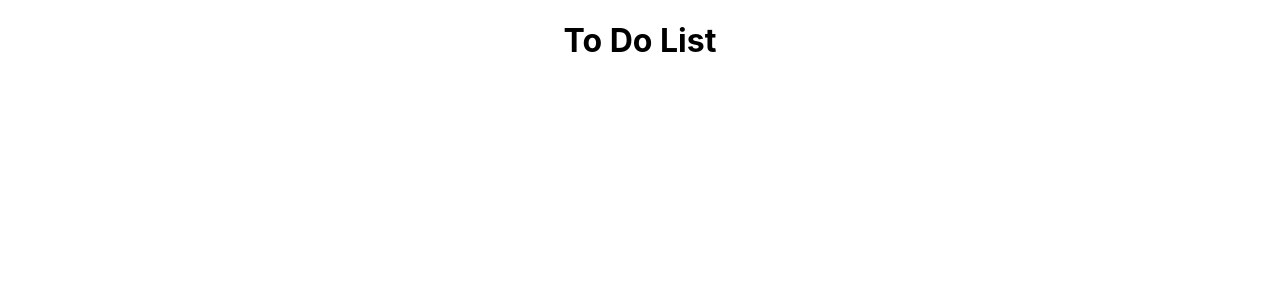
Repository: runner855/Todolist
Page: /
The author's editor kept a copy of each file at every save. The page is drawn from the files as they stood at one save, then again after the next save.
The browser window is 1280 px wide. The pictures show the whole page.
The project was rebuilt for these pictures with package versions that can differ from the ones it lists, and the page was loaded fresh each time.

Above is the page before, as saved 2021-03-29 15:09:30.

### src/App.js
import "./App.css";

function App() {
  return (
    <div className="App">
      <h1>To Do List</h1>
    </div>
  );
}

export default App;

Loaded but not shown: public/index.html (common file); src/index.js (common file); src/index.css (common file); src/App.css (common file)

After the next save:
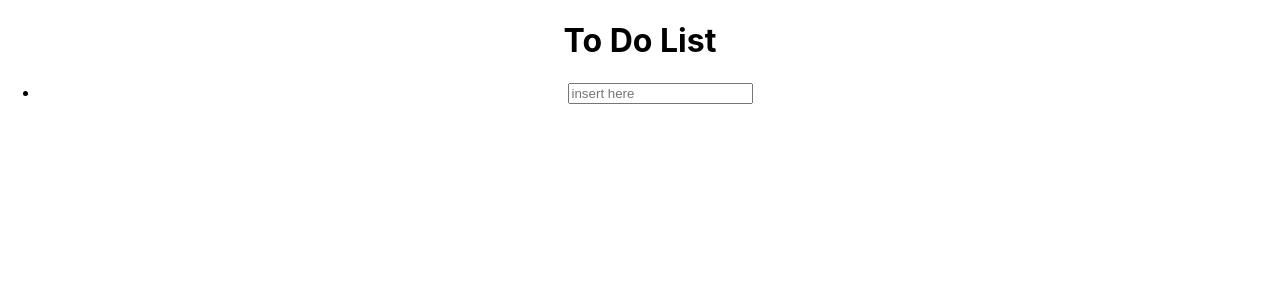
Saved 3 min 54 s later.
--- a/src/App.js
+++ b/src/App.js
@@ -4,6 +4,11 @@ function App() {
   return (
     <div className="App">
       <h1>To Do List</h1>
+      <ul>
+        <li>
+          <input placeholder="insert here" name="first task"></input>
+        </li>
+      </ul>
     </div>
   );
 }
